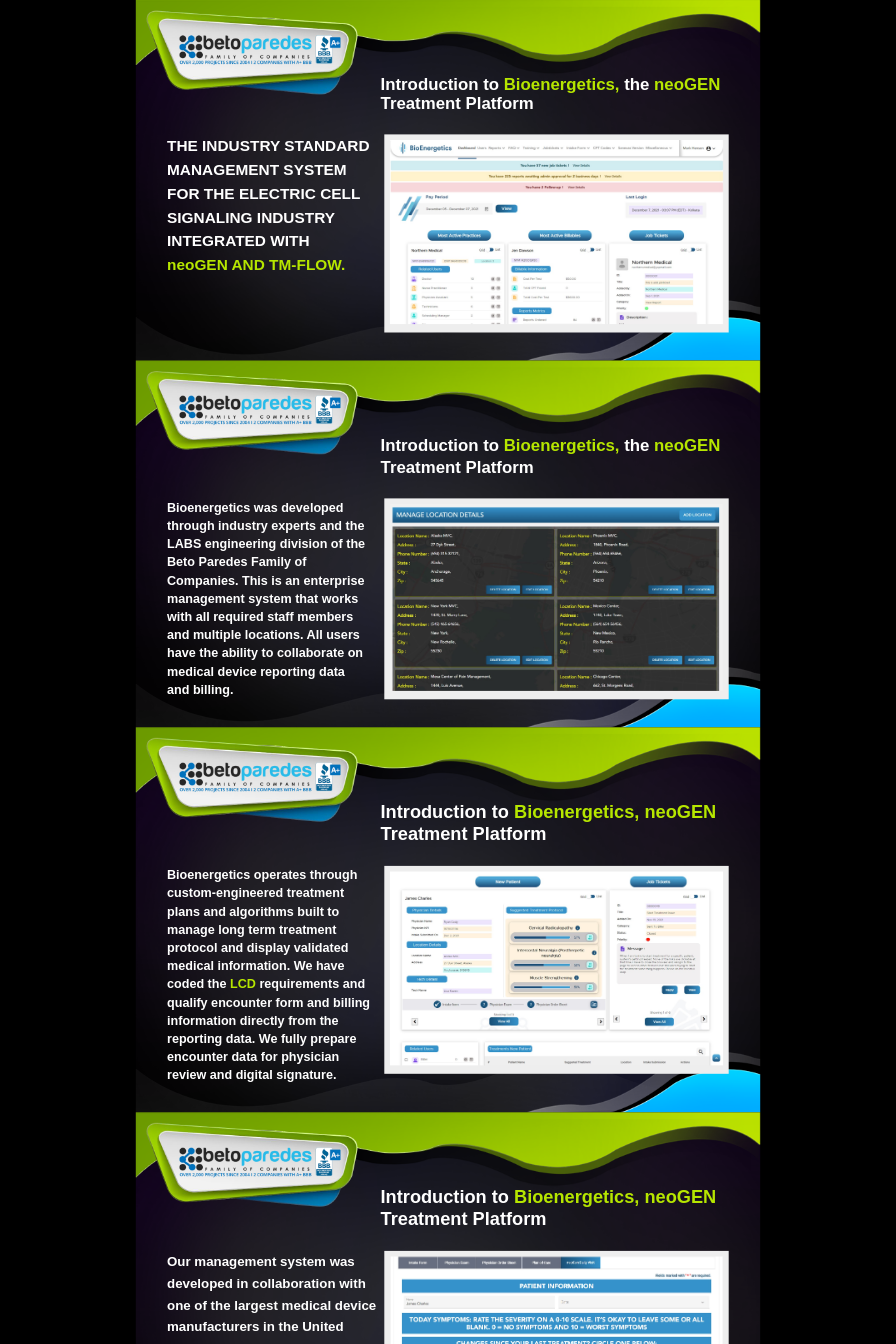
Repository: koushikbiswas/Beto_Paredes_Family_Opportunities_Intro_Deck
Page: slide29.html
These files come from the project's save history. The page is drawn as it stood at one moment and after the next save; the edit follows.
The browser window is 1280 px wide. The pictures show the part of the page from y = 0 to 1920 px (the page is 4761 px tall before and 5212 px after), at 70% of full size.

Above is the page before, as saved 2021-12-21 18:38:15.

After the next save:
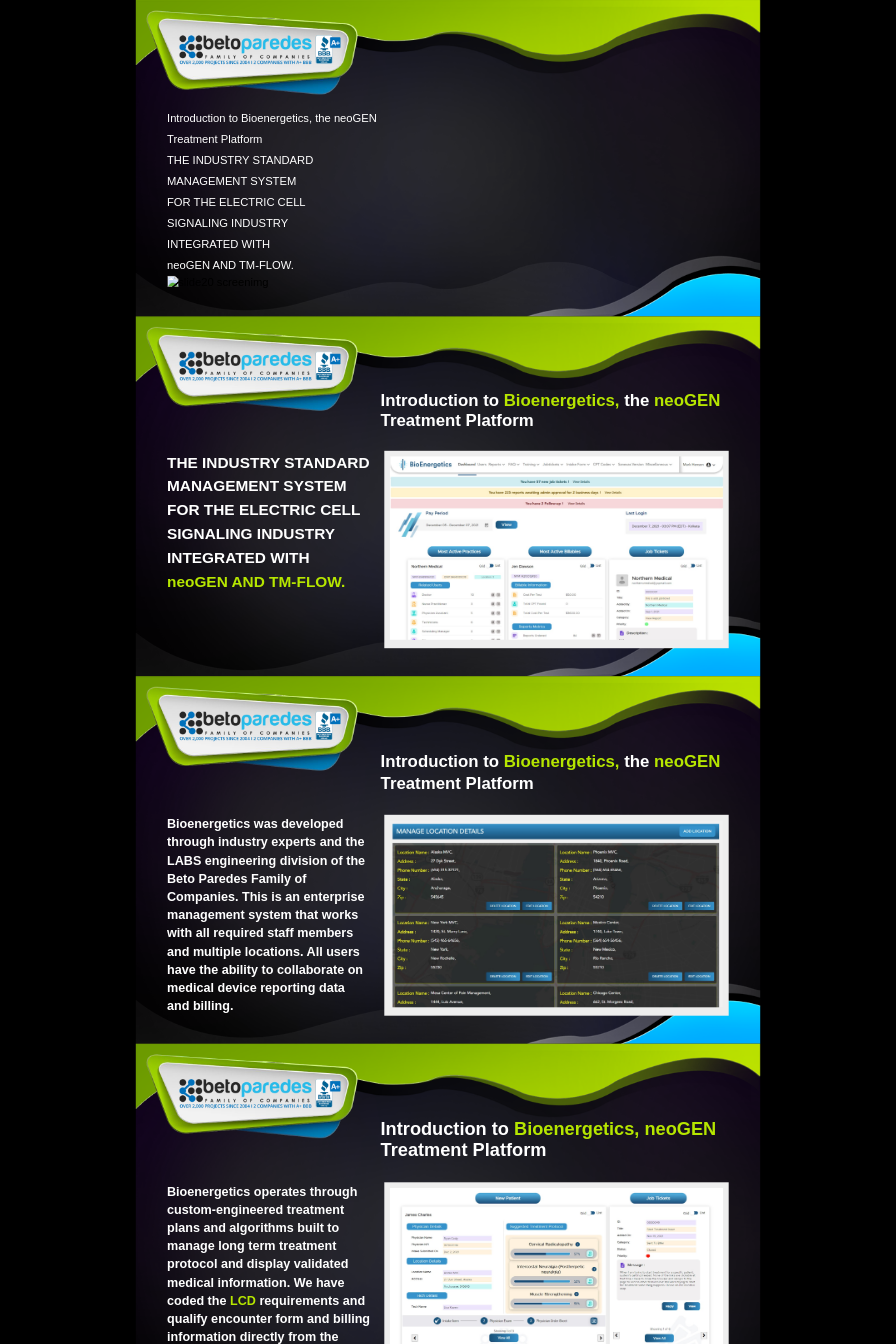
Not found: assets/images/slide20-screenimg.jpg
Saved 14 h 59 min later.
--- a/slide29.html
+++ b/slide29.html
@@ -8,6 +8,33 @@
     <link rel="stylesheet" href="assets/css/slide.css">
 </head>
 <body>
+    <!-- -----------START SLIDE 20 HTML----------- -->
+    <div class="pdfhomepagemain slide20">
+        <div class="pdfmaincontainer">
+            <div class="pdfheaderblock">
+                <div class="pdfheaderblockinner">
+                    <div class="pdflogowrapper">
+                        <img src="assets/images/common/pdflogo.png" alt="logo">
+                    </div>
+                </div>
+            </div>
+            <div class="pdfmaincontent">
+                <div class="pdfmaincontentinner">
+                    <p>Introduction to <span>Bioenergetics,</span> the <span>neoGEN</span><br>Treatment Platform</p>
+                    <div class="pdfmaincontentinnerbottom">
+                        <div class="pdfmaincontentinnerbottominner">
+                            <p>THE INDUSTRY STANDARD <br>MANAGEMENT SYSTEM <br>FOR THE ELECTRIC CELL <br>SIGNALING INDUSTRY <br>INTEGRATED WITH <span><br>neoGEN AND TM-FLOW.</span></p>
+                        </div>
+                        <div class="pdfmainimgwrapper">
+                               <img src="assets/images/slide20-screenimg.jpg" alt="slide20 screenimg">
+                        </div>
+                    </div>
+                </div>
+            </div>
+            <div class="pdffooterblock">
+            </div>
+        </div>
+    </div> <!-------------END SLIDE 20 HTML------------->
     <!-- -----------START SLIDE 21 HTML----------- -->
     <div class="pdfhomepagemain slide21">
         <div class="pdfmaincontainer">

After the save that followed:
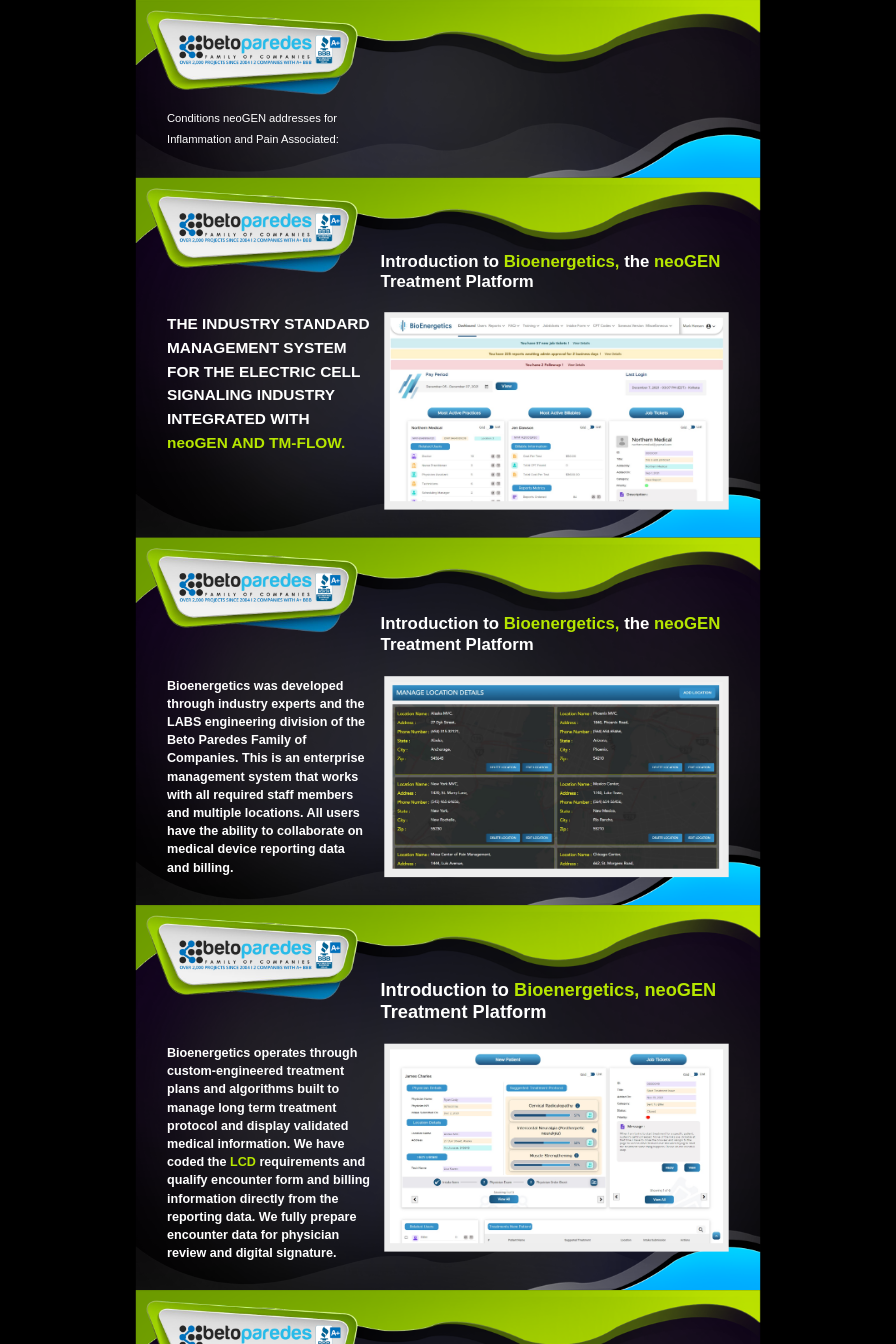
Saved 11 min 42 s later.
--- a/slide29.html
+++ b/slide29.html
@@ -20,14 +20,9 @@
             </div>
             <div class="pdfmaincontent">
                 <div class="pdfmaincontentinner">
-                    <p>Introduction to <span>Bioenergetics,</span> the <span>neoGEN</span><br>Treatment Platform</p>
-                    <div class="pdfmaincontentinnerbottom">
-                        <div class="pdfmaincontentinnerbottominner">
-                            <p>THE INDUSTRY STANDARD <br>MANAGEMENT SYSTEM <br>FOR THE ELECTRIC CELL <br>SIGNALING INDUSTRY <br>INTEGRATED WITH <span><br>neoGEN AND TM-FLOW.</span></p>
-                        </div>
-                        <div class="pdfmainimgwrapper">
-                               <img src="assets/images/slide20-screenimg.jpg" alt="slide20 screenimg">
-                        </div>
+                    <p>Conditions <span>neoGEN</span> addresses for <br>Inflammation and Pain Associated:</p>
+                    <div class="pdfmaincontentlists">
+
                     </div>
                 </div>
             </div>
